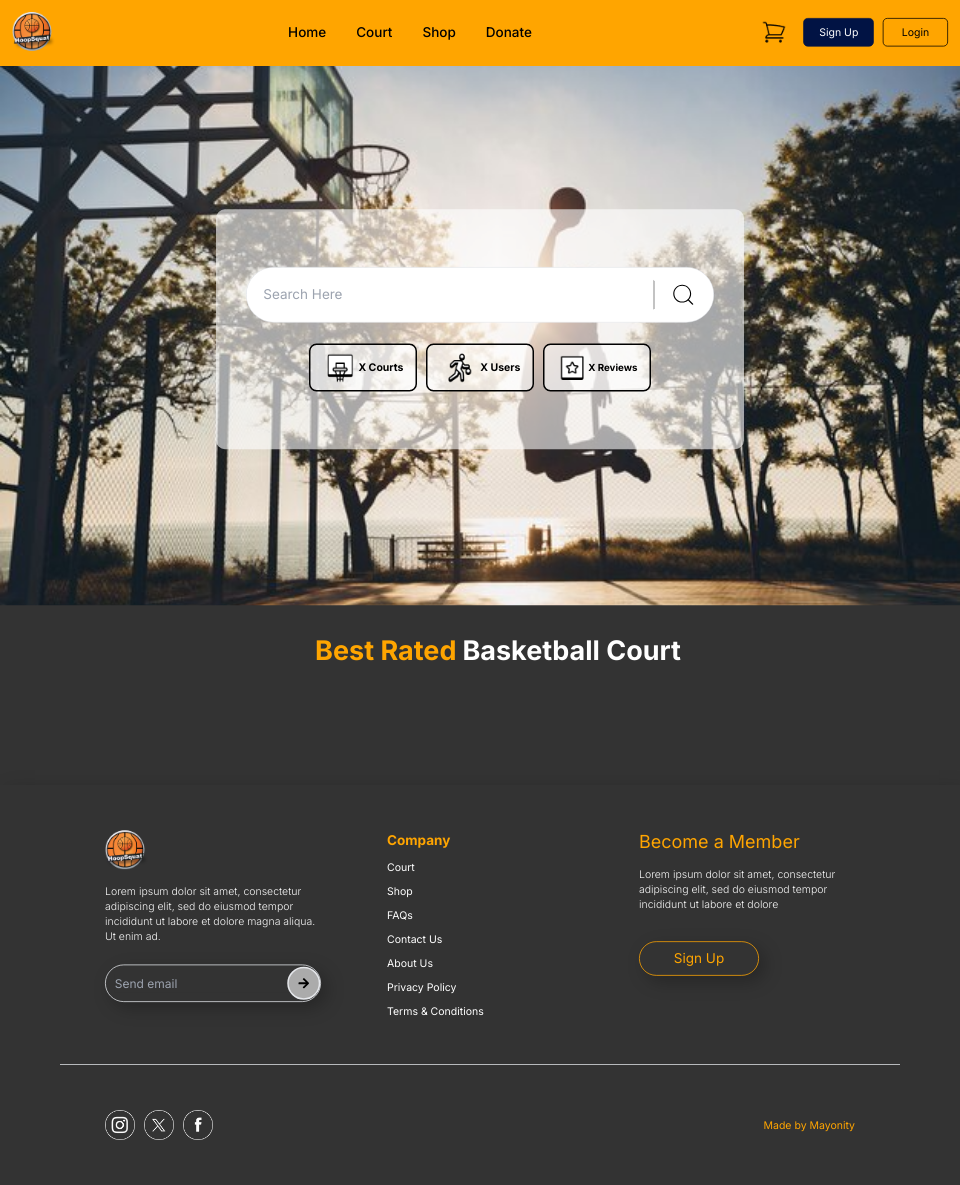
Repository: Abdul-Hannan232/basket-ball-website
Page: /
An editor plug-in stored every save of this project. The page is shown before and after a run of saves, followed by the edit.
The browser window is 1280 px wide. The pictures show the whole page, at 75% of full size.
The page's requests for data from a server got no answer. The project was rebuilt for these pictures with package versions that can differ from the ones it lists, and the page was loaded fresh each time. The framework's server and built-in components were replaced by stand-ins that run in the browser. No one was signed in, and anything a server would have sent is missing. Also part of the build but not shown: next.config.mjs, app/utils/rating.js.

Above is the page before, as saved 2024-09-15 21:33:32.

### app/layout.tsx
import type { Metadata } from "next";
import { Inter } from "next/font/google";
import "./globals.css";
import Authprovider from "./component/Authprovider/Authprovider";

const inter = Inter({ subsets: ["latin"] });

export const metadata: Metadata = {
  title: "Basket Ball",
  description: "Generated by create next app",
};

export default function RootLayout({
  children,
}: Readonly<{
  children: React.ReactNode;
}>) {
  return (
    <html lang="en">
      <head>
        <link rel="icon" href="/favicon.png" />
        <title>Basket Ball</title>
      </head>
      <body className={inter.className}>
        <Authprovider>
          {children}
        </Authprovider>
      </body>
    </html>
  );
}

### app/page.tsx
import HomePage from "./component/HomeComponent"
export default function Home() {
  return (
    <>
      <HomePage />
    </>
  );
}

### app/globals.css
@import url('https://fonts.googleapis.com/css2?family=Poppins:wght@100;200;400&display=swap');
@import url('https://fonts.googleapis.com/css2?family=Poppins:ital,wght@0,100;0,200;0,300;0,400;0,500;0,600;0,700;0,800;0,900;1,100;1,200;1,300;1,400;1,500;1,600;1,700;1,800;1,900&display=swap');
@tailwind base;
@tailwind components;
@tailwind utilities;
/* Styling for the pagination container */
.custom-paginator .p-paginator {
  @apply  rounded-lg p-4 mt-2 flex flex-row gap-10 fixed  right-0;
}
.poppins-bold {
  font-family: "Poppins", sans-serif;
  font-weight: 700;
  font-style: normal;
}
.hover-design{
  background: linear-gradient(90deg, #FFA500 0%, rgba(255, 165, 0, 0.09) 85.85%);

}
/* Styling for individual page numbers */
.custom-paginator .p-paginator .p-paginator-page {
  @apply bg-white text-black rounded-md w-10 h-10 inline items-center text-center justify-center mx-1;
}

/* Highlighted page number styling */
.custom-paginator .p-paginator .p-paginator-page.p-highlight {
  @apply bg-[#FFA500] text-white inline text-center flex-row;
}

/* Styling for previous and next buttons */
.custom-paginator .p-paginator .p-paginator-prev,
.custom-paginator .p-paginator .p-paginator-next {
  @apply bg-[#CACACA] p-1 text-black flex flex-row rounded-md;
}

body {
  background-color: rgba(51, 51, 51, 1);
  color: white;
  font-family: 'Poppins', sans-serif;
}

.shadow {
  box-shadow: 8px 8px 24px 0px #00000040;

}
.banner {
  background-image: url('/banner.png');
  background-position: center;
  background-size: cover;
  width: 100%;
  background-repeat: no-repeat;
}
.backColor{
  background: linear-gradient(90.35deg, #FFA500 0.24%, #FF7D05 99.7%);

}
.mobilebanner {
  background-image: url('/mobildbanner.png');
  background-position: center;
  background-size: cover;
  background-repeat: no-repeat;
}
@media only screen and (max-width:320px) {
  .slick-slide {
    margin-left:5px; /* Adjust the value as needed */
  }
}
.slick-slide {
  margin-left:5px; /* Adjust the value as needed */
}
.bounceball {
  position: relative;
  display: inline-block;
  height: 20px;
  width: 15px;
  /* Adjust the width as needed */
}

.bounceball:before {
  position: absolute;
  content: '';
  display: block;
  top: 0;
  width: 25px;
  /* Adjust the width as needed */
  height: 20px;
  border-radius: 50%;
  background-color: #FFA500;
  transform-origin: 50%;
  animation: bounce 500ms alternate infinite ease;
}

@layer
{
  .wrap {
    @apply absolute top-1/2 left-1/2 transform -translate-x-1/2 -translate-y-1/2;
  }
}
@keyframes bounce {
  0% {
    top: 70px;
    height: 5px;
    border-radius: 60px 60px 20px 20px;
    transform: scaleX(2);
  }

  35% {
    height: 15px;
    border-radius: 50%;
    transform: scaleX(1);
  }

  100% {
    top: 0;
  }
}


.animate-bounce {
  animation: bounce 500ms alternate infinite ease;
}

/* Api loading */
.loader {
  width: 48px;
  height: 48px;
  display: inline-block;
  position: relative;
}
.loader::after,
.loader::before {
  content: '';
  box-sizing: border-box;
  width: 48px;
  height: 48px;
  border-radius: 50%;
  border: 2px solid #FFA500;
  position: absolute;
  left: 0;
  top: 0;
  animation: animloader 2s linear infinite;
}
.loader::after {
  animation-delay: 1s;
}

@keyframes animloader {
  0% {
    transform: scale(0);
    opacity: 1;
  }
  100% {
    transform: scale(1);
    opacity: 0;
  }
}

### app/component/Authprovider/Authprovider.js
"use client"
import React from "react";
import { SessionProvider } from "next-auth/react";
const Authprovider = ({children}) => {
    return (
        <SessionProvider>
             {children}
        </SessionProvider>
    )
}
export default Authprovider

### app/component/CourtsSlider.js
"use client"
import React, { useRef, useState, useEffect } from 'react';
import Slider from 'react-slick';
import { RiArrowLeftSLine } from 'react-icons/ri';
import { MdOutlineKeyboardArrowRight } from "react-icons/md"
import 'slick-carousel/slick/slick.css';
import 'slick-carousel/slick/slick-theme.css';
import Image from 'next/image';
import Link from 'next/link';
import renderStars from "../utils/rating"
import { allCourts as fetchAllCourts } from "../services/courtsServices"; // Rename the imported function
const settings = {
    infinite: true,
    speed: 500,
    slidesToShow: 3.5,
    slidesToScroll: 1,
    responsive: [
        {
            breakpoint: 1267, // Adjust the breakpoint as needed
            settings: {
                slidesToShow: 2.5,
                slidesToScroll: 2,
            },
        },
        {
            breakpoint: 959, // Adjust the breakpoint as needed
            settings: {
                slidesToShow: 2,
                slidesToScroll: 2,
            },
        },

        {
            breakpoint: 320, // Adjust the breakpoint as needed
            settings: {
                slidesToShow: 1.1,
                slidesToScroll: 1,
            },
        },
    ],
    prevArrow: <></>, // Hides the previous arrow
    nextArrow: <></>,
};
const CourtsSlider = ({ slide }) => {
    const sliderRef = useRef(null);
    const [spinner, setSpinner] = useState(false)

    const goToPrev = () => {
        sliderRef.current.slickPrev();
    };

    const goToNext = () => {
        sliderRef.current.slickNext();
    };

    const [allCourts, setAllCourts] = useState([]); // Initialize with an empty array

    useEffect(() => {
        setSpinner(true)
        const getCourts = async () => {
            try {
                const response = await fetchAllCourts(); // Use the renamed function
                setAllCourts(response.data.courts); // Store the fetched data in state
            } catch (error) {
                console.error("Failed to fetch courts data:", error);
                // You can also add error handling for the UI here
            } finally {
                setSpinner(false)
            }
        };

        getCourts();
    }, []);
    return (
        <div >
            {slide === 'carousel' ? (
                <div className="  2xl:ml-32 md:ml-14 md:pt-10 pt-10 w-[95%] mx-auto z-10 2xl:mb-40 md:mb-20" id="Testimonials" style={{ position: 'relative' }}>
                    <div className='2xl:text-6xl md:text-4xl text-xl font-bold md:mb-20 mb-10 flex justify-center items-center gap-2 '>
                        <h1 className='text-[#FFA500]'>Best Rated </h1>
                        <h1>Basketball Court</h1>
                    </div>
                    <div className="flex justify-center">
                        {spinner ? <span className="loader"></span> : null}
                    </div>


                    {/* <div className='slick- slick-arrow'>
                            <div className="bg-[#000000A6] text-white text-7xl md:p-[10px] flex items-center justify-center cursor-pointer md:w-14 md:h-14 w-10 h-10 text-center font-bold  rounded-full" onClick={goToNext}>
                                <MdOutlineKeyboardArrowRight />
                            </div>
                        </div> */}
                    <Slider ref={sliderRef} {...settings}>

                        {allCourts.map((item, index) => (
                            <div key={index} className=' '>
                                <div className='relative shadow cursor-pointer text-black rounded-md 2xl:w-[450px] md:w-[300px] w-[250px] group'>
                                    <div className='absolute inset-0 bg-black opacity-0 z-20 group-hover:opacity-70 transition-opacity'></div>

                                    <div className='bg-[#D9D9D9] relative rounded-md overflow-hidden'>
                                        {/* Image and content */}

                                        <Image src={item.images?.[0]
                                            ? `${process.env.NEXT_PUBLIC_IMAGE_URL}/${item.images[0]}`
                                            : '/basketBALL.png'} alt="image" width={343} height={228} className='rounded-t-xl h-60 2xl:w-[400px]' />

                                        <div className='flex items-center justify-center float-right -mt-5 shadow z-10 absolute right-0 p-3 w-32 gap-2 rounded-l-xl bg-white text-black'>

                                            <Image src={item.type === "indoor" ? "/Roofing.png" : "/Basketball Court.png"}
                                                alt="shelter" width={24} height={24} />
                                            <p>{item.type}</p>
                                        </div>
                                        <div className='m-5'>
                                            {/* <Image src="/star.png" alt="image" width={112} height={20} /> */}
                                            <div className='flex items-center'>
                                                {renderStars(item.ratings)}
                                            </div>
                                            <p className='text-[10px] mt-1 font-bold'>{item.rating.length} reviews</p>
                                            <h1 className='text-xl font-bold mb-5'>{item.name}</h1>
                                            <p className='w-32 text-xs font-medium mt-1'>{item.location}</p>
                                            <button className='bg-[#FFA500] p-2 mb-5 mt-10 text-black font-bold text-sm w-full shadow'>
                                                View Court
                                            </button>
                                        </div>

                                        {/* Overlay with Maintenance Button */}
                                        <div className='flex flex-col items-center h-96 justify-center z-40 absolute inset-0 opacity-0 group-hover:opacity-100 transition-opacity'>
                                            <button className='bg-[#232323] py-2 px-4 rounded-full text-white'>
                                                Maintenance
                                            </button>
                                        </div>
                                    </div>
                                </div>

                            </div>
                        ))}

                    </Slider>
                    {/* <div style={{ position: 'absolute', transform: 'translateY(-50%)', zIndex: '1' }} className='2xl:top-[45%] lg:top-[65%] top-[35%] md:w-[100%] flex justify-between w-[100%] mx-auto'>
                        <div className=' slick- slick-arrow md:-ml-14 '>
                            <div onClick={goToPrev} className='bg-[#000000A6] text-white text-7xl md:p-[10px] flex items-center justify-center cursor-pointer md:w-14 md:h-14 w-10 h-10 text-center font-bold  rounded-full'>
                                <RiArrowLeftSLine />
                            </div>
                        </div>


                    </div> */}
                </div>
            ) : (
                <>
                    <div className="flex justify-center mt-[30px]">
                        {spinner ? <span className="loader"></span> : null}
                    </div>
                    <div className='grid xl:grid-cols-4 lg:grid-cols-3 md:grid-cols-2 grid-cols-1 gap-20 w-[80%] md:mt-20 mt-5 md:mx-auto mx-5'>

                        {allCourts.map((item, index) => (
                            <div key={index} className='relative  shadow text-black rounded-md 2xl:w-[300px] xl:w-[250px] md:w-[250px] w-[280px] group'>
                                <div className='bg-[#D9D9D9] relative rounded-md overflow-hidden'>
                                    {/* Overlay */}
                                    <div className='absolute inset-0 bg-black opacity-0  group-hover:opacity-70 transition-opacity'></div>

                                    {/* Maintenance Button (Initially Hidden) */}
                                    <div className='flex flex-col items-center h-80 justify-center z-20 absolute inset-0 opacity-0 group-hover:opacity-100 transition-opacity'>
                                        <button className='bg-[#232323] py-2 px-4 rounded-full text-white'>
                                            Maintenance
                                        </button>
                                    </div>

                                    <Image src={item.images?.[0]
                                        ? `${process.env.NEXT_PUBLIC_IMAGE_URL}/${item.images[0]}`
                                        : '/basketBALL.png'} alt="image" width={343} height={228} className='rounded-t-xl 2xl:w-[450px]' />

                                    <div className='flex items-center justify-center float-right -mt-5 shadow  absolute right-0 p-3 w-32 gap-2 rounded-l-xl bg-white text-black'>

                                        <Image src={item.type === "indoor" ? "/Roofing.png" : "/Basketball Court.png"}
                                            alt="shelter" width={24} height={24} />
                                        <p>{item.type}</p>
                                    </div>

                                    <div className='m-5 relative'>
                                        {/* <Image src="/star.png" alt="image" width={60} height={20} />
                         */}
                                        <div className='flex items-center'>
                                            {renderStars(item.ratings)}
                                        </div>
                                        <p className='text-[10px] mt-1 font-bold'>{item.rating.length} reviews</p>
                                        <h1 className='text-lg font-bold mb-2'>{item.name}</h1>
                                        <p className='w-32 text-xs font-medium '>{item.location}</p>
                                        <button className='bg-[#FFA500] p-2 mb-3 mt-3 rounded-md text-black font-bold text-sm w-full shadow'>
                                            View Court
                                        </button>
                                    </div>
                                </div>
                            </div>


                        ))}
                    </div>
                </>
            )}

        </div >
    );
};

export default CourtsSlider;

### app/customHook/useAuthToken.js
import { useSession } from "next-auth/react";
import Cookies from "js-cookie";
import {jwtDecode} from "jwt-decode";

export const useAuthToken = () => {
  const { data: session } = useSession();

  const token = session?.authToken || Cookies.get("authToken");

  let decodedToken = null;
  if (token) {
    try {
      decodedToken = jwtDecode(token);
    } catch (error) {
      console.error("Invalid token:", error.message);
    }
  }

  return { token, decodedToken };
};

### app/services/courtsServices.js
import axios from "axios";
import Cookies from 'js-cookie';
export const allCourts = async (token) =>{
    try {

        const response = await axios.get(
            `${process.env.NEXT_PUBLIC_API_URL}/court/all`,
            {
                headers: {
                    Authorization: `Bearer ${token}`,
                },
            }
        );

        return response;
    }
    catch (error) {
        console.log("all Courts",error.response)
        return error.response || { message: "An error occurred", error };
    }

}

export const addCourt = async (body,token) => {

    try {
         const response = await axios.post(
            `${process.env.NEXT_PUBLIC_API_URL}/court/add`,
            body,
            {
                headers: {
                    Authorization: `Bearer ${token}`,                },
            }
        );

        return response;
    } catch (error) {
        return error.response;
    }
};

Loaded but not shown: tailwind.config.ts (common file); app/component/NavBarComponent.js (132 lines, source omitted); app/component/FooterComponent.js (94 lines, source omitted); app/component/HomeComponent.js (45 lines, source omitted)

After the next 2 saves:
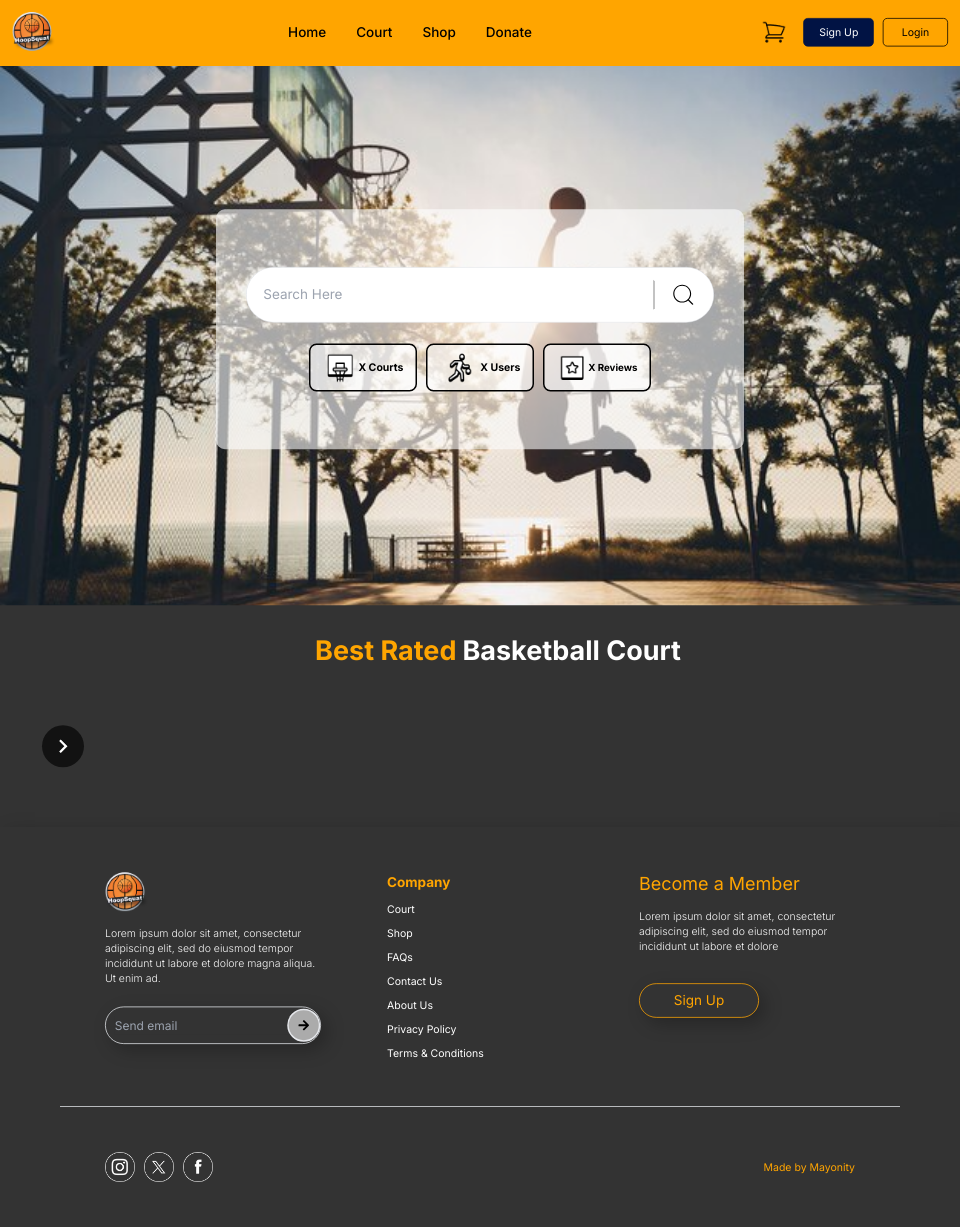
The 2 saves are shown as one change because they came seconds apart.
The last was saved 10 s later.
--- a/app/component/CourtsSlider.js
+++ b/app/component/CourtsSlider.js
@@ -84,11 +84,11 @@
                     </div>
 
 
-                    {/* <div className='slick- slick-arrow'>
+                 <div className='slick- slick-arrow'>
                             <div className="bg-[#000000A6] text-white text-7xl md:p-[10px] flex items-center justify-center cursor-pointer md:w-14 md:h-14 w-10 h-10 text-center font-bold  rounded-full" onClick={goToNext}>
                                 <MdOutlineKeyboardArrowRight />
                             </div>
-                        </div> */}
+                        </div>
                     <Slider ref={sliderRef} {...settings}>
 
                         {allCourts.map((item, index) => (

After the save that followed:
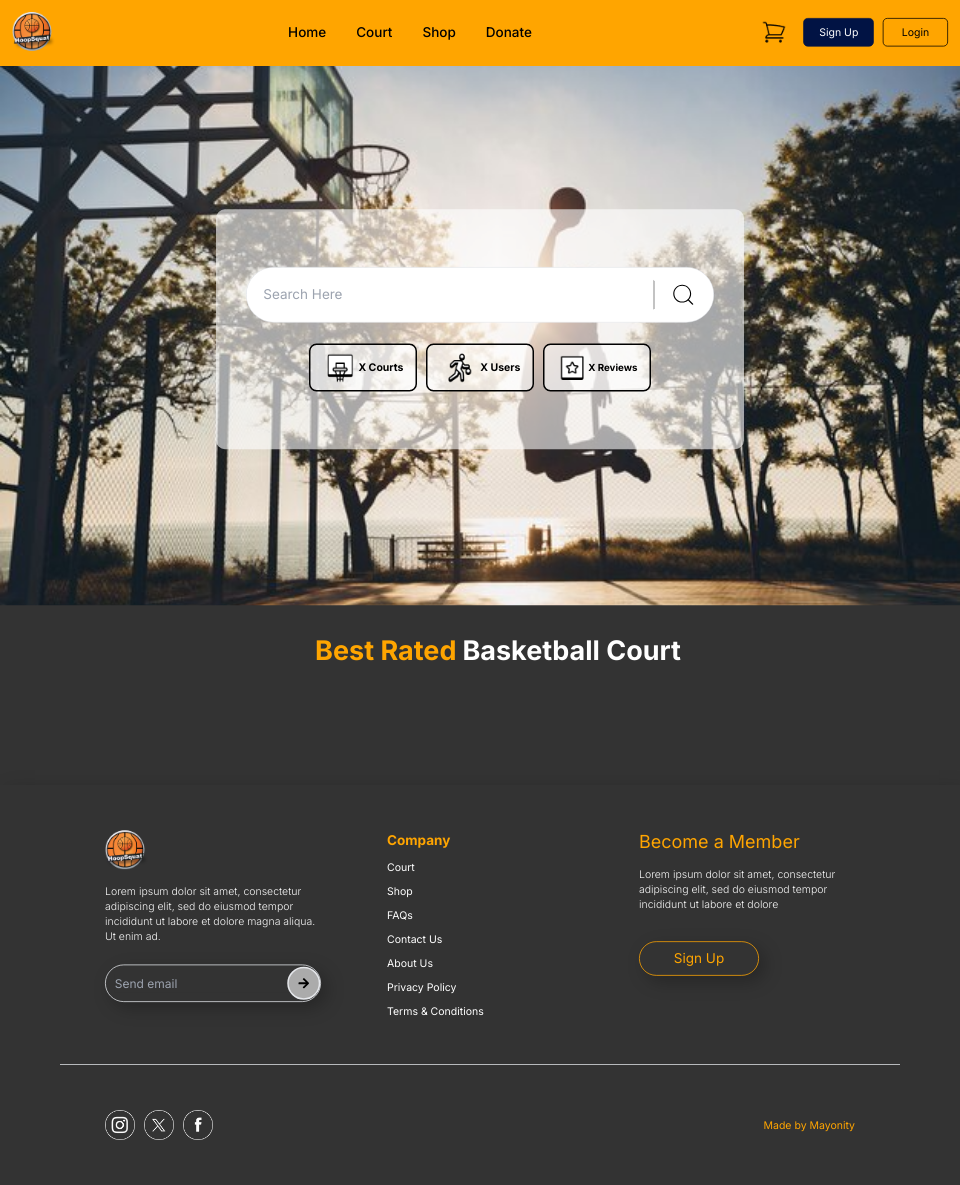
Saved 15 s later.
--- a/app/component/CourtsSlider.js
+++ b/app/component/CourtsSlider.js
@@ -84,11 +84,6 @@
                     </div>
 
 
-                 <div className='slick- slick-arrow'>
-                            <div className="bg-[#000000A6] text-white text-7xl md:p-[10px] flex items-center justify-center cursor-pointer md:w-14 md:h-14 w-10 h-10 text-center font-bold  rounded-full" onClick={goToNext}>
-                                <MdOutlineKeyboardArrowRight />
-                            </div>
-                        </div>
                     <Slider ref={sliderRef} {...settings}>
 
                         {allCourts.map((item, index) => (
